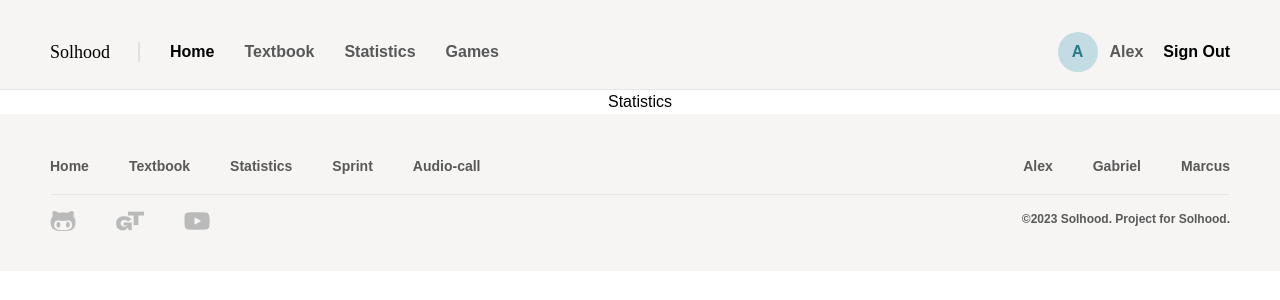
Repository: haudnn/solhood
Page: /statistics
An editor plug-in stored every save of this project. The page is shown before and after the next save, followed by the edit.
The browser window is 1280 px wide. The pictures show the whole page.
The project was rebuilt for these pictures with package versions that can differ from the ones it lists, and the page was loaded fresh each time. Also part of the build but not shown: src/pages/Home.tsx, src/pages/sprint/Sprint.tsx, src/pages/sprint/Game.tsx, src/pages/sprint/Result.tsx, src/pages/audio/Audio.tsx, src/pages/audio/Game.tsx, src/pages/audio/Result.tsx, src/hooks/useClickOutSide.ts and 2 more.

Above is the page before, as saved 2023-01-06 19:58:29.

After the next save:
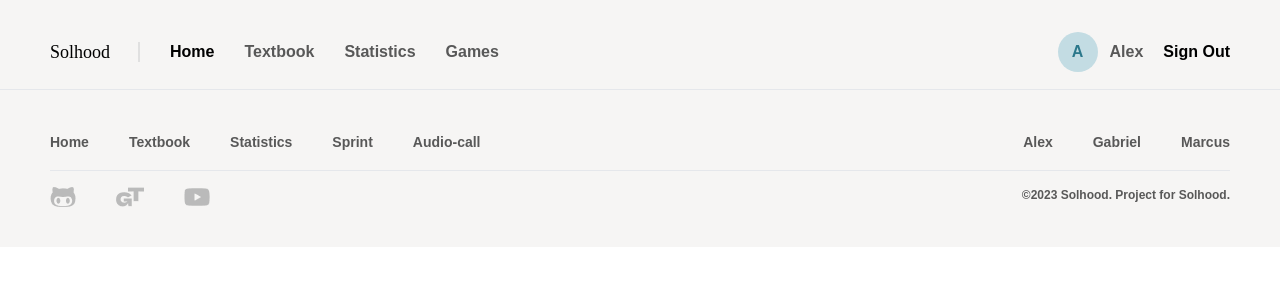
Saved 55 s later.
--- a/src/pages/statistics/Statistics.tsx
+++ b/src/pages/statistics/Statistics.tsx
@@ -2,7 +2,9 @@
 
 const Statistics = () => {
   return (
-    <div>Statistics</div>
+    <div className="statistics">
+
+    </div>
   )
 }
 

After the 3 saves that followed:
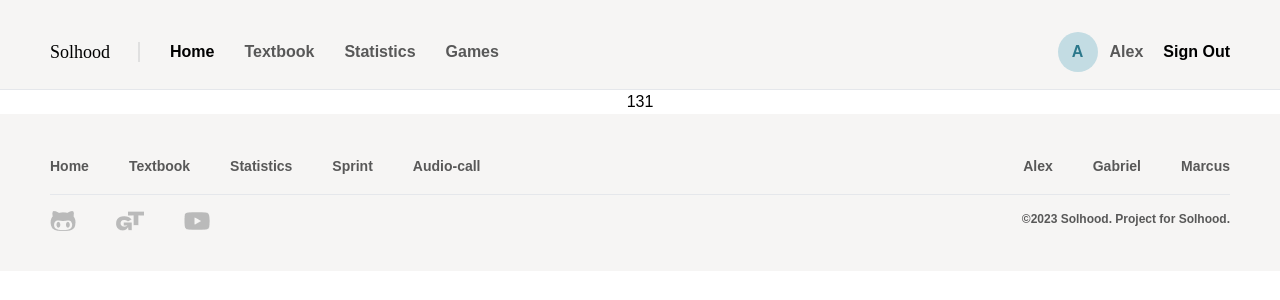
The 3 saves are shown as one change because 2 left the picture as it was.
The last was saved 3 min 43 s later.
--- a/src/pages/statistics/Statistics.tsx
+++ b/src/pages/statistics/Statistics.tsx
@@ -3,7 +3,9 @@
 const Statistics = () => {
   return (
     <div className="statistics">
-
+        <div className="flex items-center justify-center w-full">
+            131
+        </div>
     </div>
   )
 }
